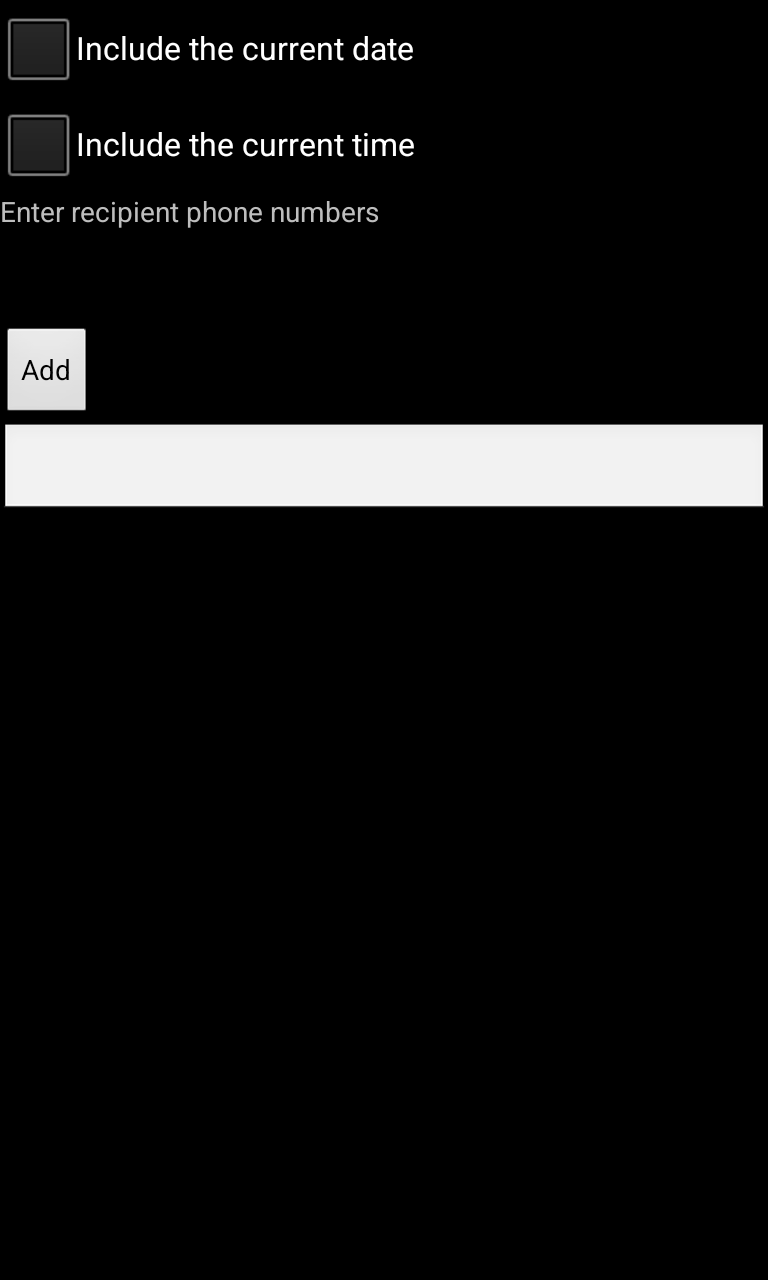
Repository: RaabsIn513/eclipse_workspace
Layout: Copy of SAS_revA/res/layout/main_sms_settings.xml
The author's editor kept a copy of each file at every save. The layout is drawn from the files as they stood at one save, then again after the next save.
It is drawn on a 768 x 1280 px phone screen (xhdpi) without system bars, with theme android:Theme; the app's code is not run.

Above is the layout before, as saved 2012-02-16 20:47:16.

### Copy of SAS_revA/res/layout/main_sms_settings.xml
<?xml version="1.0" encoding="utf-8"?>
<LinearLayout xmlns:android="http://schemas.android.com/apk/res/android"
    android:layout_width="fill_parent"
    android:layout_height="fill_parent"
    android:orientation="vertical" >

   <CheckBox android:id="@+id/include_date"
        android:layout_width="wrap_content"
        android:layout_height="wrap_content"
        android:text="@string/include_date_cb" />

	<CheckBox android:id="@+id/include_time"
        android:layout_width="wrap_content"
        android:layout_height="wrap_content"
        android:text="@string/include_time_cb" />

	<TextView
        android:layout_width="fill_parent"
        android:layout_height="wrap_content"
        android:text="Enter recipient phone numbers" />

	<EditText
	    android:id="@+id/editText1"
	    android:layout_width="fill_parent/2"
	    android:layout_height="wrap_content"
	    android:inputType="phone" >
	</EditText>

	<Button
        android:id="@+id/btnAddToList"
        android:layout_width="wrap_content"
        android:layout_height="wrap_content"
        android:text="Add" />

	<EditText
	    android:id="@+id/editText2"
	    android:layout_width="fill_parent"
	    android:layout_height="wrap_content"
	    android:inputType="textMultiLine" />

</LinearLayout>

### Copy of SAS_revA/res/values/strings.xml
<?xml version="1.0" encoding="utf-8"?>
<resources>

    <string name="hello">Hello World, SAS_revActivity!</string>

    <string name="app_name">SAS_rev</string>
	<string name="plotAct_text">Plot View</string>
    <string name="testSMSAct_text">Send Test Text Message</string>

	<string name="viewWave_btText">View audio wave plot</string>
    <string name="viewFFT_btText">View FFT plot</string>
    <string name="setThresh_btText">Set the threshold value</string>
    <string name="setSMS_btText">SMS settings</string>
    <string name="sendSMS_btText">Send a test text message</string>

    <string name="include_date_cb">Include the current date</string>
	<string name="include_time_cb">Include the current time</string>
	<string name="fake_data_text">False test data to send</string>

</resources>

After the next save:
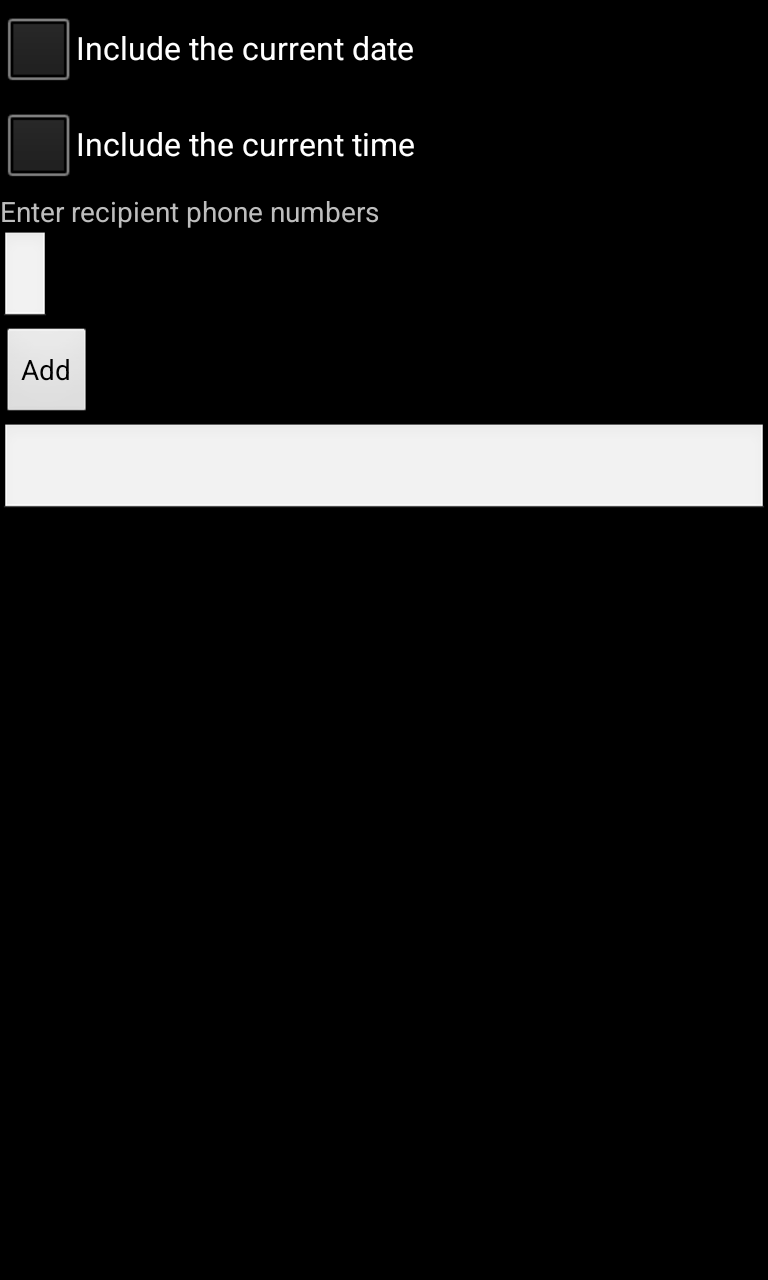
Saved 14 s later.
--- a/Copy of SAS_revA/res/layout/main_sms_settings.xml
+++ b/Copy of SAS_revA/res/layout/main_sms_settings.xml
@@ -21,7 +21,7 @@
 
 	<EditText
 	    android:id="@+id/editText1"
-	    android:layout_width="fill_parent/2"
+	    android:layout_width="50px"
 	    android:layout_height="wrap_content"
 	    android:inputType="phone" >
 	</EditText>
